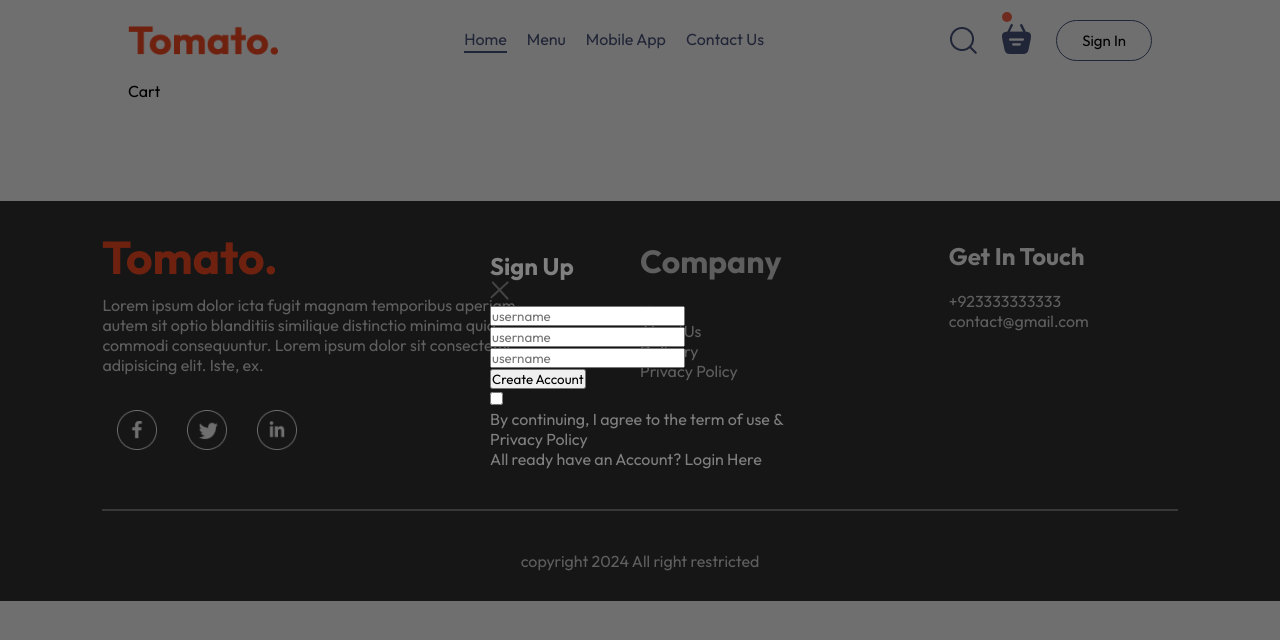
Repository: Attar786/Food-ordering-app
Page: /cart (app in frontend/), after clicking the first element matching `button`
An editor plug-in stored every save of this project. The page is shown before and after the next save, followed by the edit.
The browser window is 1280 px wide. The pictures show the whole page.
The project was rebuilt for these pictures with package versions that can differ from the ones it lists, and the page was loaded fresh each time. Also part of the build but not shown: frontend/vite.config.js, frontend/src/components/Header/Header.css, frontend/src/components/Header/Header.jsx, frontend/src/components/ExploreMenu/ExploreMenu.css, frontend/src/components/ExploreMenu/ExploreMenu.jsx, frontend/src/components/FoodDisplay/FoodDisplay.css, frontend/src/components/FoodItem/FoodItem.css, frontend/src/components/FoodItem/FoodItem.jsx and 7 more.

Above is the page before, as saved 2024-07-30 14:19:50.

After the next save:
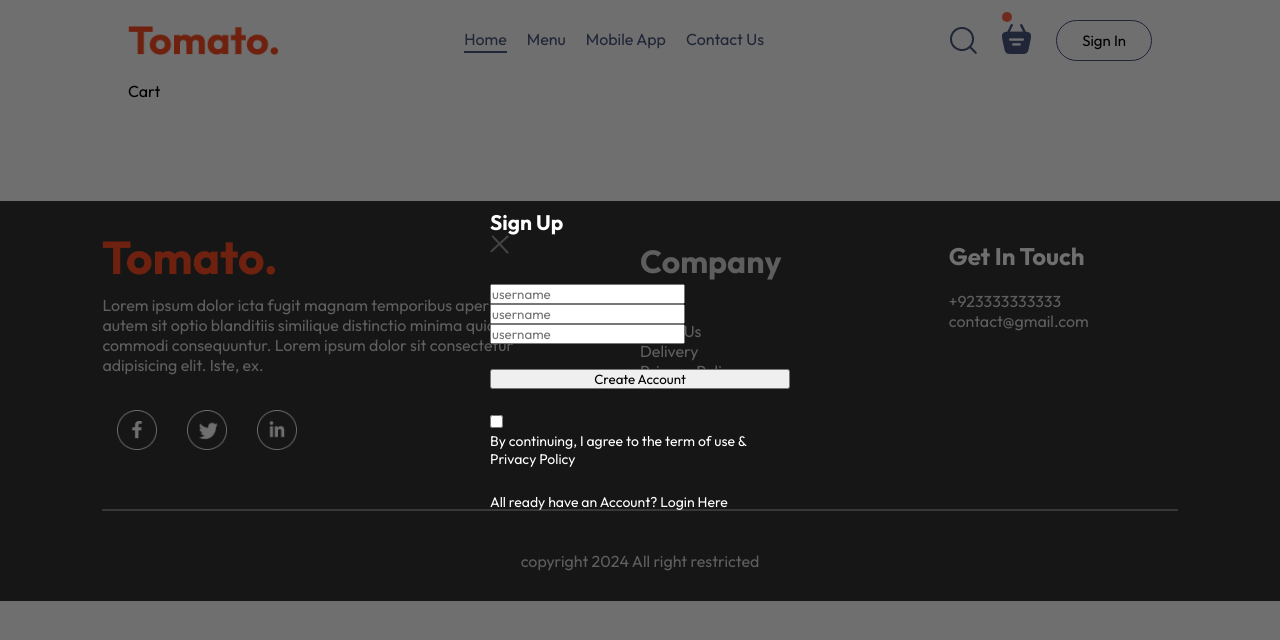
Saved 2 min 22 s later.
--- a/frontend/src/components/LoginPopup/LoginPopup.css
+++ b/frontend/src/components/LoginPopup/LoginPopup.css
@@ -10,4 +10,12 @@
     place-self: center;
     width: max(23vw, 300px);
     color: #808080;
+    color: white;
+    display: flex;
+    flex-direction: column;
+    gap: 25px;
+    padding: 25px,30px;
+    border-radius: 8px;
+    font-size: 14px;
+    animation: fadeIn 1.5s;
 }
